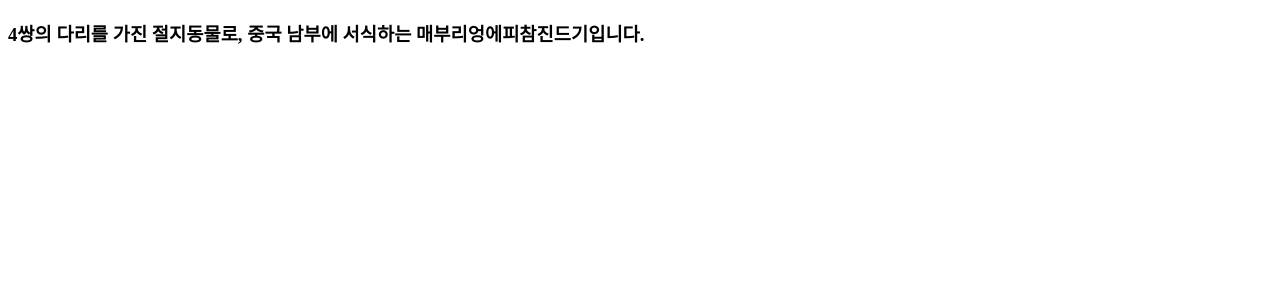
Repository: suhong99/JqueryLecture
Page: sample01/src/main/webapp/index.html
An editor plug-in stored every save of this project. The page is shown before and after the next save, followed by the edit.
The browser window is 1280 px wide. The pictures show the whole page.

Above is the page before, as saved 2023-06-26 01:28:31.

### sample01/src/main/webapp/index.html
<!DOCTYPE html>
<html>
<head>
<meta charset="UTF-8">
<title>Insert title here</title>
</head>
<body>
<!--
		Jquery : Java script 경량화, 간략화
					Ajax (비동기 통신) == xhttp

		Jquery-UI
		document.getElementById(아이디)

		DOM(Document Object Model) - Javascript
		document.getElementById(아이디).innerHTML.value

		$(tag 또는 id 또는 class 또는 name).핸들러함수(매개변수)
										.load()


-->

<p>소나무와 푸른 바다가 넘실대는 서해 대청도입니다. </p>
<p id="demo">많은 철새가 대청도를 거쳐 남북을 오고 갑니다. </p>
<p class ="cls">서울대 연구진은 지난해 4월 이곳을 찾은 철새인 촉새에 달라붙은 외래종 생물을 발견했습니다.</p>
<h3 class='cls'>4쌍의 다리를 가진 절지동물로, 중국 남부에 서식하는 매부리엉에피참진드기입니다.</h3>

<script type="text/javascript">
	let arrPtag= document.getElementsByTagName("p");
	for(i=0;i<arrPtag.length;i++){
		arrPtag[i].innerHTML = "";
	}

</script>
</body>
</html>

After the next save:
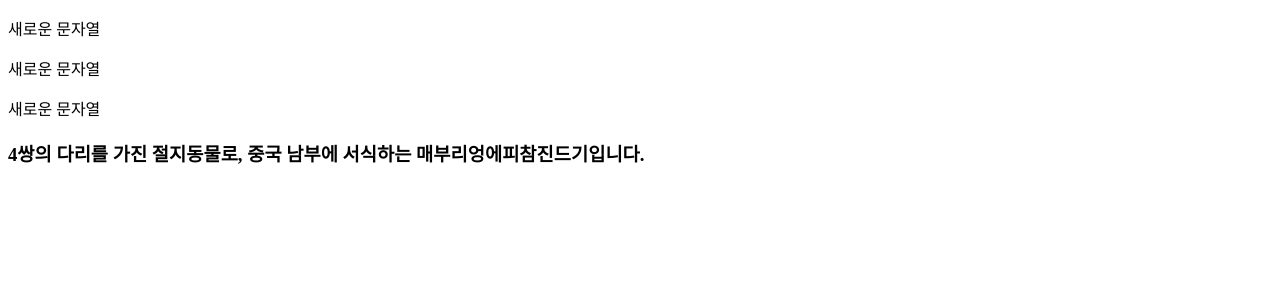
Saved 54 s later.
--- a/sample01/src/main/webapp/index.html
+++ b/sample01/src/main/webapp/index.html
@@ -29,7 +29,7 @@
 <script type="text/javascript">
 	let arrPtag= document.getElementsByTagName("p");
 	for(i=0;i<arrPtag.length;i++){
-		arrPtag[i].innerHTML = "";
+		arrPtag[i].innerHTML = "새로운 문자열";
 	}
 
 </script>
